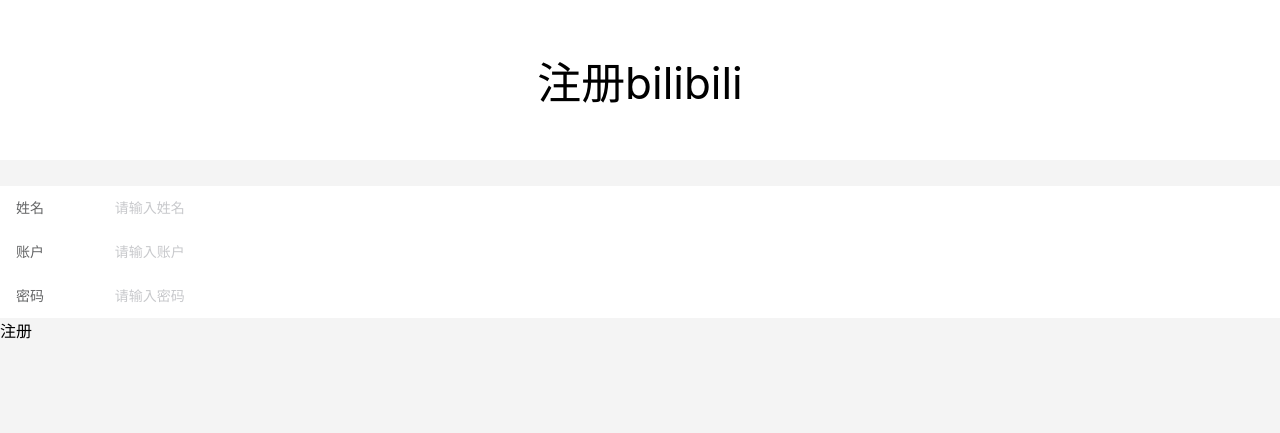
Repository: caiys666/bilibili
Page: /
The author's editor kept a copy of each file at every save. The page is drawn from the files as they stood at one save, then again after the next save.
The browser window is 1280 px wide. The pictures show the whole page.
The project was rebuilt for these pictures with package versions that can differ from the ones it lists, and the page was loaded fresh each time. Also part of the build but not shown: src/components/HelloWorld.vue, src/views/Home.vue.

Above is the page before, as saved 2020-10-01 18:30:52.

### src/main.js
import Vue from 'vue';
import App from './App.vue';
import router from './router';
import store from './store';
import Vant from 'vant';
import 'vant/lib/index.css';

Vue.use(Vant);

Vue.config.productionTip = false

new Vue({
  router,
  store,
  render: h => h(App)
}).$mount('#app')

### src/App.vue
<template>
<div id="app">

    <router-view />
</div>
</template>

<style>
body {
    margin: 0;
    padding: 0;
    box-sizing: border-box;
    background-color: #f4f4f4;
}
</style>

### src/router/index.js
import Vue from 'vue'
import VueRouter from 'vue-router'
import Home from '../views/Home.vue'

Vue.use(VueRouter)

const routes = [
  {
    path: '/home',
    name: 'Home',
    component: Home
  },
  {
    path: '/',
    name: 'Register',
    // route level code-splitting
    // this generates a separate chunk (about.[hash].js) for this route
    // which is lazy-loaded when the route is visited.
    component: () => import(/* webpackChunkName: "about" */ '../views/register.vue')
  }
]

const router = new VueRouter({
  routes
})

export default router

### src/views/register.vue
<template>
<div>
    <login-top middleTop="注册bilibili"></login-top>
    <login-text style="margin-top:2vw" label="姓名" placeholder="请输入姓名" rule="^.{6,16}$"></login-text>
    <login-text label="账户" placeholder="请输入账户" rule="^.{6,16}$"></login-text>
    <login-text label="密码" placeholder="请输入密码" type="password" rule="^.{6,16}$"></login-text>
    <login-btn></login-btn>
</div>
</template>

<script>
import LoginTop from "../components/commn/LoginTop.vue";
import LoginText from "../components/commn/LoginText.vue";
import LoginBtn from '../components/commn/LoginBtn';
export default {
    components: {
        LoginTop,
        LoginText,
        LoginBtn
    },
};
</script>

<style scoped></style>

### src/components/commn/LoginTop.vue
<template>
<div>
    <div class="LoginTop">
        <div></div>
        <div>{{middleTop}}</div>
        <div></div>
    </div>
</div>
</template>

<script>
export default {
    props: ['middleTop']
}
</script>

<style scoped>
.LoginTop {
    height: 12.5vw;
    background-color: white;
    display: flex;
}

.LoginTop div {
    display: flex;
    flex: 1;
    justify-content: center;
    align-items: center;
    font-size: 3.433vw;
}
</style>

### src/components/commn/LoginText.vue
<template>
<div id="LoginText">
    <van-field v-model="text" :label="label" :placeholder="placeholder" :type='type' :rule='rule' />
</div>
</template>

<script>
export default {
    name: 'LoginText',
    props: ['label', 'type', 'placeholder', 'rule']
}
</script>

<style scoped>

</style>

### src/components/commn/LoginBtn.vue
<template>
<div>
    <div class="loginbtn">注册</div>
</div>
</template>

<script>
export default {

}
</script>

<style lang="scss" scoped>

</style>

Loaded but not shown: public/index.html (common file); src/store/index.js (common file)

After the next save:
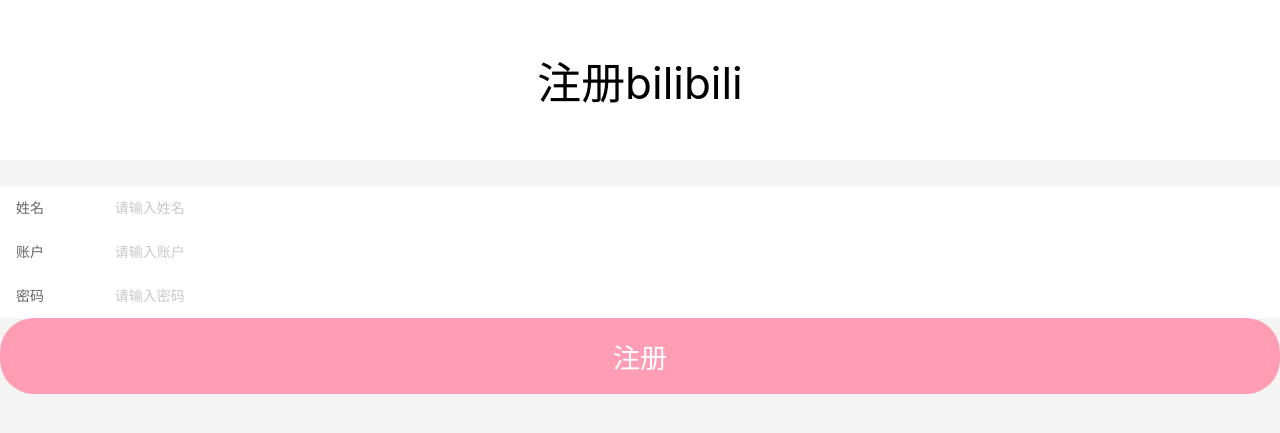
Saved 2 min 3 s later.
--- a/src/components/commn/LoginBtn.vue
+++ b/src/components/commn/LoginBtn.vue
@@ -11,5 +11,14 @@
 </script>
 
 <style lang="scss" scoped>
-
+.loginbtn {
+    height: 6vw;
+    background-color: #ff9db5;
+    color: white;
+    display: flex;
+    justify-content: center;
+    align-items: center;
+    font-size: 2.133vw;
+    border-radius: 2.667vw;
+}
 </style>
